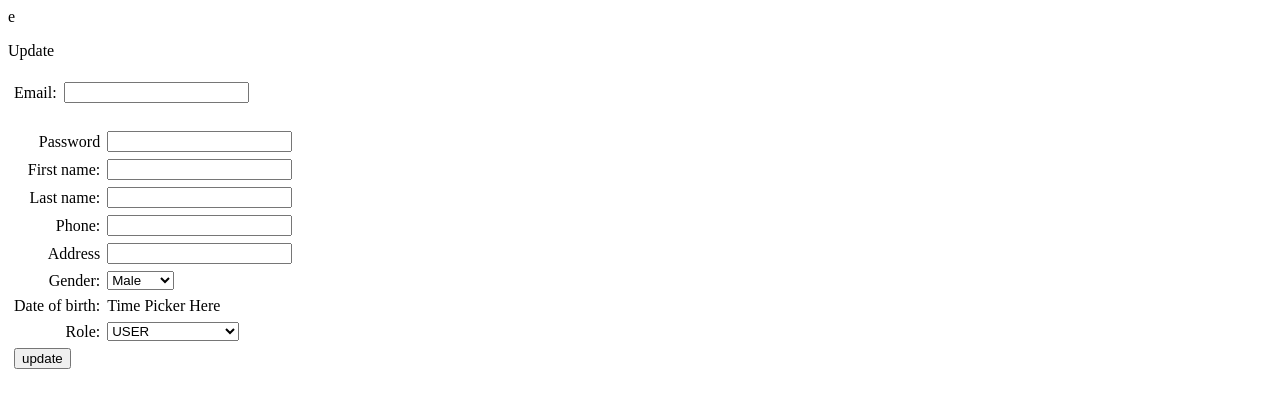
Repository: pffdota04/cuahang
Page: http://localhost/CuaHang/Views/Admin/container/account/update.jsp
The author's editor kept a copy of each file at every save. The page is drawn from the files as they stood at one save, then again after the next save.
The browser window is 1280 px wide. The pictures show the whole page.
The page is served by Tomcat 9. Other server files are loaded and not shown.

Above is the page before, as saved 2020-11-12 07:28:47.

### CuaHang/WebContent/Views/Admin/container/account/update.jsp
e<%@ page language="java" contentType="text/html; charset=ISO-8859-1"
	pageEncoding="ISO-8859-1"%>
<!DOCTYPE html>
<html>
<head>
<meta charset="ISO-8859-1">
<title>Insert title here</title>
</head>
<body>
	<div class="update">

		<p>Update</p>
		<form action="${pageContext.request.contextPath}/fill-By-Email"
			method="post">
			<table cellspacing="5">
				<tr>
					<td align="right">   Email:</td>
					<td><input type="text" name="email"></td>

				</tr>

			</table>
		</form>
		<form action="${pageContext.request.contextPath}/update-account"
			method="post">
			<table cellspacing="5">
				<tr>
					<td align="right">Password</td>
					<td><input type="text" name="pass"></td>
				</tr>
				<tr>
					<td align="right">First name:</td>
					<td><input type="text" name="firstname"></td>
				</tr>
				<tr>
					<td align="right">Last name:</td>
					<td><input type="text" name="lastname"></td>
				</tr>
				<tr>
					<td align="right">Phone:</td>
					<td><input type="text" name="phone"></td>
				</tr>
				<tr>
					<td align="right">Address</td>
					<td><input type="text" name="address"></td>
				</tr>
				<tr>
					<td align="right">Gender:</td>
					<td><select name="gender">
							<%
								for (int sex = 0; sex < 2; sex++) {
							%>
							<option value="<%=sex%>">
								<%
									if (sex == 0) {
								%>Male<%
									}
								%>
								<%
									if (sex == 1) {
								%>Female<%
									}
								%>
							</option>
							<%
								}
							%>
					</select></td>
				<tr>
					<td>Date of birth:</td>
					<td>Time Picker Here</td>
				</tr>
				<tr>
					<td align="right">Role:</td>
					<td><select name="role">
							<%
								for (int role = 0; role < 3; role++) {
							%>
							<option value="<%=role%>">
								<%
									if (role == 0) {
								%>USER<%
									}
								%>
								<%
									if (role == 1) {
								%>SALEPERSON<%
									}
								%>
								<%
									if (role == 2) {
								%>ADMINISTRATOR<%
									}
								%>
							</option>
							<%
								}
							%>
					</select></td>
				<tr>

					<td><input type="submit" value="update"></td>
				</tr>
			</table>
		</form>
	</div>

</body>
</html>

After the next save:
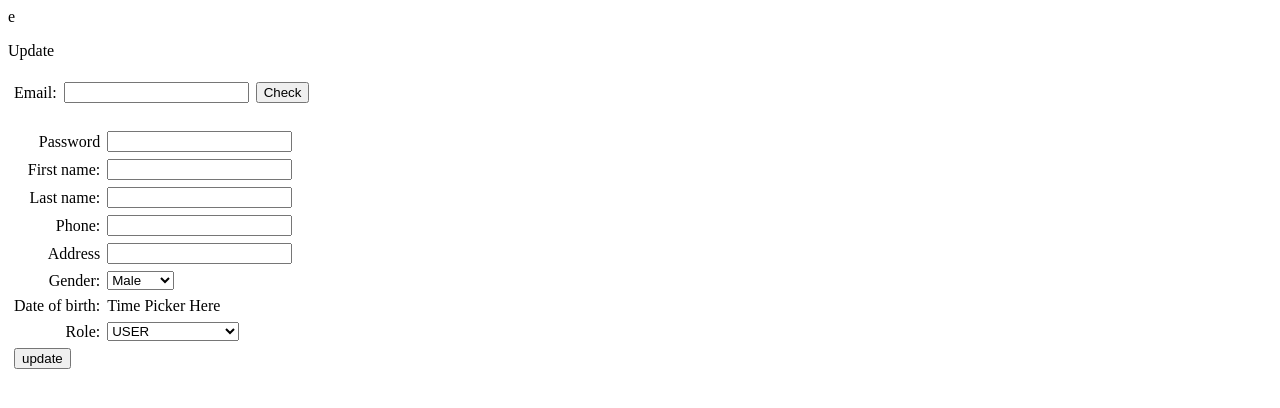
Saved 15 s later.
--- a/CuaHang/WebContent/Views/Admin/container/account/update.jsp
+++ b/CuaHang/WebContent/Views/Admin/container/account/update.jsp
@@ -14,9 +14,10 @@ e<%@ page language="java" contentType="text/html; charset=ISO-8859-1"
 			method="post">
 			<table cellspacing="5">
 				<tr>
-					<td align="right">   Email:</td>
+					<td align="right">Email:</td>
 					<td><input type="text" name="email"></td>
-
+					<td class="CheckButton"><input type="submit" value="Check"
+						name="Check" /></td>
 				</tr>
 
 			</table>
